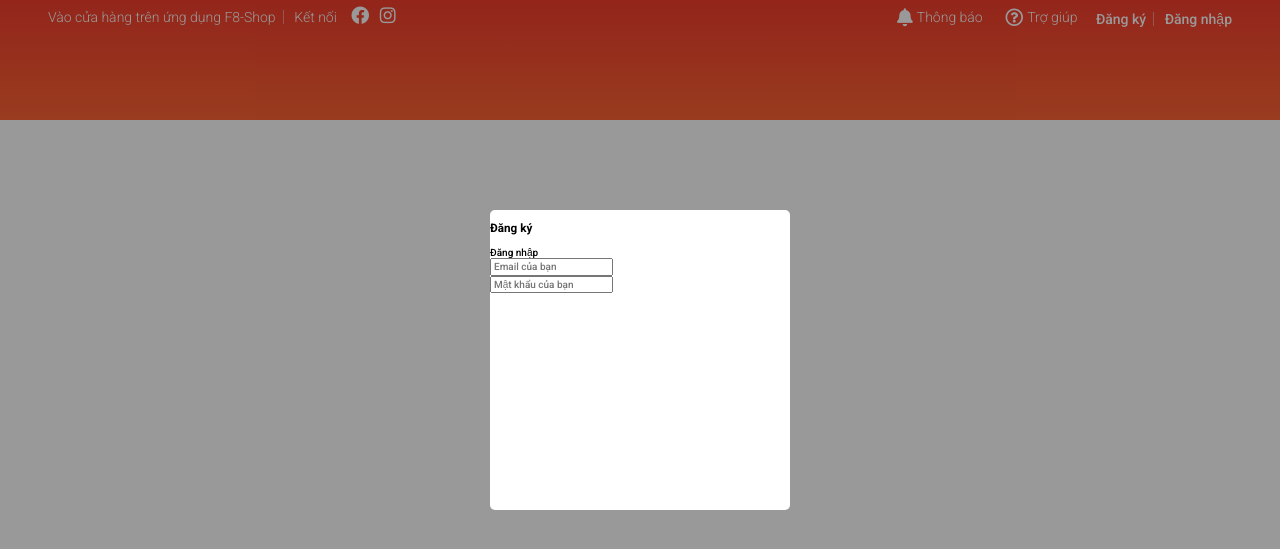
Repository: vanhaibdh/web-demo-site
Page: index.html
The author's editor kept a copy of each file at every save. The page is drawn from the files as they stood at one save, then again after the next save.
The browser window is 1280 px wide. The pictures show the whole page.

Above is the page before, as saved 2021-09-13 23:56:59.

### index.html
<!DOCTYPE html>
<html lang="en">
<head>
    <meta charset="UTF-8">
    <meta http-equiv="X-UA-Compatible" content="IE=edge">
    <meta name="viewport" content="width=device-width, initial-scale=1.0">
    <title>Web-base</title>
    <link rel="stylesheet" href="./assets/css/reset.css">
    <link rel="stylesheet" href="./assets/css/base.css">
    <link rel="stylesheet" href="./assets/css/main.css">
    <link href="./assets/fonts/fontawesome/css/all.min.css" rel="stylesheet">
    <link rel="preconnect" href="https://fonts.googleapis.com">
<link rel="preconnect" href="https://fonts.gstatic.com" crossorigin>
<link href="https://fonts.googleapis.com/css2?family=Roboto:wght@100;300;500;700&display=swap" rel="stylesheet">

</head>
<body>
    <div class="app">
        <div class="header">
            <div class="grid">
                <nav class="header__navbar">
                    <ul class="header__navbar-list">
                        <li class="header__navbar-item
                         header__navbar-item-has-qr
                         header__navbar-item--separate">Vào cửa hàng trên ứng dụng F8-Shop
                            <div class="header__qr">
                                <img src="./assets/img/qrcode.png" alt="qr-code" class="header__qr-img">
                                <div class="header__qr-apps">
                                    <a href="" class="header__qr-link">
                                        <img src="./assets/img/appstore.png" alt="App Store" class="header__qr-download-img">
                                    </a>
                                    <a href="" class="header__qr-link">
                                        <img src="./assets/img/google.png" alt="Google Play" class="header__qr-download-img">
                                    </a>
                                </div>
                            </div>
                        </li>
                        <li class="header__navbar-item"><span class="header__navbar-item--no-pointer">Kết nối</span></li>
                        <a href="" class="header__navbar-icon-link"><i class="header__navbar-icon fab fa-facebook"></i></a>
                        <a href="" class="header__navbar-icon-link"><i class="header__navbar-icon fab fa-instagram"></i></a>
                    </ul>
                    <ul class="header__navbar-list">
                        <li class="header__navbar-item header__navbar-item--has-notify">
                            <a href="" class="header__navbar-item-link "><i class="header__navbar-icon fas fa-bell"></i>Thông báo</a>
                            <div class="header__notify">
                                 <header class="header__notify-header">
                                     <h3>Thông báo mới nhận</h3>
                                 </header>
                                 <ul class="header__notify-list">
                                     <li class="header__notify-item">
                                         <a href="" class="header__notify-link">
                                             <img src="./assets/img/maypham1.jpg" alt="My Pham 1" class="header__notify-img">
                                             <div class="header__notify-info">
                                                 <span class="header__notify-name">Mỹ phẩm Ohui chính hãng </span>
                                                 <span class="header__notify-description">Mô tả Mỹ phẩm Ohui chính hãng</span>
                                             </div>
                                         </a>
                                     </li>
                                     <li class="header__notify-item">
                                        <a href="" class="header__notify-link">
                                            <img src="./assets/img/maypham2.jpg" alt="My Pham 2" class="header__notify-img">
                                            <div class="header__notify-info">
                                                <span class="header__notify-name">Mỹ phẩm Ohui chính hãng </span>
                                                <span class="header__notify-description">Mô tả Mỹ phẩm Ohui chính hãng</span>
                                            </div>
                                        </a>
                                    </li>
                                    <li class="header__notify-item header__notify-item--viewed">
                                        <a href="" class="header__notify-link">
                                            <img src="./assets/img/maypham3.jpg" alt="My Pham 3" class="header__notify-img">
                                            <div class="header__notify-info">
                                                <span class="header__notify-name">Mỹ phẩm Ohui chính hãng </span>
                                                <span class="header__notify-description">Mô tả Mỹ phẩm Ohui chính hãng</span>
                                            </div>
                                        </a>
                                    </li>
                                    <li class="header__notify-item">
                                        <a href="" class="header__notify-link">
                                            <img src="./assets/img/maypham4.jpg" alt="My Pham 4" class="header__notify-img">
                                            <div class="header__notify-info">
                                                <span class="header__notify-name">Mỹ phẩm Ohui chính hãng </span>
                                                <span class="header__notify-description">Lorem, ipsum dolor sit amet consectetur adipisicing elit. Accusamus laudantium consectetur quidem, ut quos expedita ea, dolorem, officiis quia molestias iusto alias dolorum cum totam omnis laborum tenetur temporibus ipsa!</span>
                                            </div>
                                        </a>
                                    </li>
                                    <li class="header__notify-item">
                                        <a href="" class="header__notify-link">
                                            <img src="./assets/img/maypham5.jpg" alt="My Pham 5" class="header__notify-img">
                                            <div class="header__notify-info">
                                                <span class="header__notify-name">Mỹ phẩm Ohui chính hãng </span>
                                                <span class="header__notify-description">Mô tả Mỹ phẩm Ohui chính hãng</span>
                                            </div>
                                        </a>
                                    </li>
                                 </ul>
                                 <footer class="header__notify-footer">
                                     <a href="" class="header__notify-footer-btn">Xem tất cả</a>
                                 </footer>
                            </div>
                        </li>
                        <li class="header__navbar-item">
                            <a href="" class="header__navbar-item-link"><i class="header__navbar-icon far fa-question-circle"></i>Trợ giúp</a>
                        </li>
                        <li class="header__navbar-item header__navbar-item--strong header__navbar-item--separate">Đăng ký</li>
                        <li class="header__navbar-item header__navbar-item--strong">Đăng nhập</li>
                    </ul>
                </nav>
            </div>
        </div>

        <div class="container">

        </div>

        <div class="footer">

        </div>
        <!-- modal layout -->
        <div class="modal">
            <div class="modal__overlay"></div>
            <div class="modal__body">
                <div class="modal__inner">
                    <!-- form authentication -->
                    <div class="auth-form">
                        <div class="auth-form__header">
                            <h3 class="auth-form__heading">Đăng ký</h3>
                            <span class="auth-form__switch-btn">Đăng nhập</span>
                        </div>

                        <div class="auth-form__form">
                            <div class="auth-form__group">
                                <input type="text" class="auth-form__input" placeholder="Email của bạn">
                            </div>
                            <div class="auth-form__group">
                                <input type="password" class="auth-form__input" placeholder="Mật khẩu của bạn">
                            </div>
                        </div>
                    </div>
                </div>
            </div>
        </div>
    </div>
</body>
</html>

### assets/css/base.css
:root {
    --primary-color : rgb(238, 75, 43);
    /* --primary-color-rgba : rgba(238, 75, 43, .7); */
    --white-color : #fff;
    --black-color : #000;
    --text-color : #333;
}

*{
    box-sizing: inherit;
}

html {
    /* hack css */
    font-size: 62.5%;
    line-height: 1.6 rem;
    font-family: 'Roboto', sans-serif;
    box-sizing: border-box;
}

.grid {
    width: 1200px;
    max-width: 100%;
    margin: 0 auto;
}

.grid__full-width {
    width: 100%;
}

.grid__row {
    display: flex;
    flex-wrap: wrap;
}

/* Animation */

@keyframes fadeIn{
    from {
        opacity: 0;
    }
    to {
        opacity: 1;
    }
}

/* modal CSS */
.modal {
    position: fixed;
    top:0;
    right: 0;
    bottom: 0;
    left: 0;
    display: flex;
}
.modal__overlay {
    position: absolute;
    width: 100%;
    height: 100%;
    background-color: rgba(0, 0, 0, 0.4);
    z-index: 2;
}

.modal__body {
    width: 300px;
    height: 300px;
    background-color: var(--white-color);
    margin: auto;
    position: relative;
    z-index: 3;
    border-radius: 5px;
}

### assets/css/main.css
.header {
    height: 120px;
    background-image: linear-gradient(0, #fe6433, #f53e2d);
}

.header__navbar {
    display: flex;
    justify-content: space-between;
}
.header__navbar-list {
    list-style: none;
    padding-left: 0;
    margin-top: 4px;
}

.header__navbar-item {
    position: relative;
    margin: 0 8px;
    min-height: 2.6rem;
}

.header__navbar-item,
.header__navbar-item-link {
    display: inline-block;
    font-size: 1.4rem;
    color: var(--white-color);
    text-decoration: none;
    font-weight: 300;
}

.header__navbar-item,
.header__navbar-item-link,
.header__navbar-icon {
    display: inline-flex;
    align-items: center;
}

.header__navbar-item:hover,
.header__navbar-icon-link:hover,
.header__navbar-item-link:hover {
    cursor: pointer;
    color: rgba(255, 255, 255, 0.7);
}

.header__navbar-item--strong {
    font-weight: 400;
}

.header__navbar-item--separate::after {
    content: "";
    display: block;
    position: absolute;
    border-left: 1px solid #fb9086;
    height: 14px;
    right: -8px;
    top: 50%;
    transform: translateY(-50%);
}

.header__navbar-icon-link {
    color: var(--white-color);
    text-decoration: none;
}

.header__navbar-icon {
    font-size: 1.8rem;
    margin : 0 4px;
}

.header__navbar-item--no-pointer {
    cursor: default ;
    color: var(--white-color);
}

/* header QR code */
.header__qr {
    background-color: var(--white-color);
    width: 186px;
    position: absolute;
    left: 0;
    top: 118%;
    padding: 8px;
    border-radius: 2px;
    display: none;
    animation: fadeIn ease 0.5s;
}

.header__qr::before {
    content: "";
    position: absolute;
    left: 0;
    top: -18px;
    width: 100%;
    height: 20px;
    display: block;

}

.header__qr-img {
    width: 100%;
}

.header__qr-apps {
    display: flex;
    justify-content: space-between;
}

.header__qr-link:first-child {
    margin-left: 11px;
}

.header__qr-link:last-child {
    margin-right: 11px;
}
.header__qr-download-img {
    height: 14px;
}

.header__navbar-item-has-qr:hover .header__qr {
    display: block;
}

.header__navbar-item--has-notify:hover .header__notify {
    display: block;
}
/* header notification */
.header__notify {
    position: absolute;
    margin-top: 6px;
    width: 404px;
    top: 100%;
    right: 0;
    background-color: var(--white-color);
    border: 1px solid #d3d3d3;
    animation: headerNotifyGrowth ease-in 0.25s ;
    transform-origin: calc(100% - 20px) top;
    will-change: opacity , transform;
    display: none;
}

@keyframes headerNotifyGrowth {
    from{
        opacity: 0;
        transform: scale(0);
    }
    to {
        opacity: 1;
        transform: scale(1);
    }
}

.header__notify::before{
    content: "";
    border-style: solid;
    border-width: 20px 26px;
    border-color: transparent transparent var(--white-color) transparent;
    position: absolute;
    right: 10px;
    top: -30px
}

.header__notify::after {
    content: "";
    display: block;
    position: absolute;
    right: 0;
    top: -26px;
    width: 90px;
    height: 40px;
    background: transparent;
}

.header__notify-header {
    height: 40px;
    background-color: var(--white-color);
}

.header__notify-header h3 {
    color: #999;
    margin: 0;
    font-weight: 400;
    font-size: 1.4rem;
    line-height: 40px;
    margin: 0 0 0 12px;
    cursor: text;
    user-select: none;
}

.header__notify-list {
    padding-left: 0;
    display: flex;
    flex-wrap: wrap;
}

.header__notify-item {
    display: flex;
    width: 100%;
}

.header__notify-item:hover {
    background-color: #f7f7f7;
}
.header__notify-item--viewed {
    background-color: rgba(238, 75, 43, .09);
}

.header__notify-link {
    display: flex;
    width: 100%;
    padding: 12px;
    text-decoration: none;

}

.header__notify-img {
    width: 48px;
    object-fit: contain;
}

.header__notify-info {
    margin-left: 12px;
    /* display: flex;
    flex-direction: column;
    justify-content: space-between; */
}

.header__notify-name {
    display: block;
    font-size: 1.4rem;
    color: var(--text-color);
    font-weight: 400;
    align-self: start;
    line-height: 1.8rem;
}

.header__notify-description {
    display: block;
    font-size: 1.2rem;
    line-height: 1.6rem;
    color: #756f6e;
    align-self: flex-end;
    margin-top: 4px;
}

.header__notify-footer {
    display: flex;
}

.header__notify-footer-btn {
    text-decoration: none;
    color: var(--text-color);
    font-size: 1.4rem;
    font-weight: 400;
    padding: 4px 0px;
    width: 100%;
    text-align: center;
}

Loaded but not shown: assets/css/reset.css (common file); assets/fonts/fontawesome/css/all.min.css (library)

After the next save:
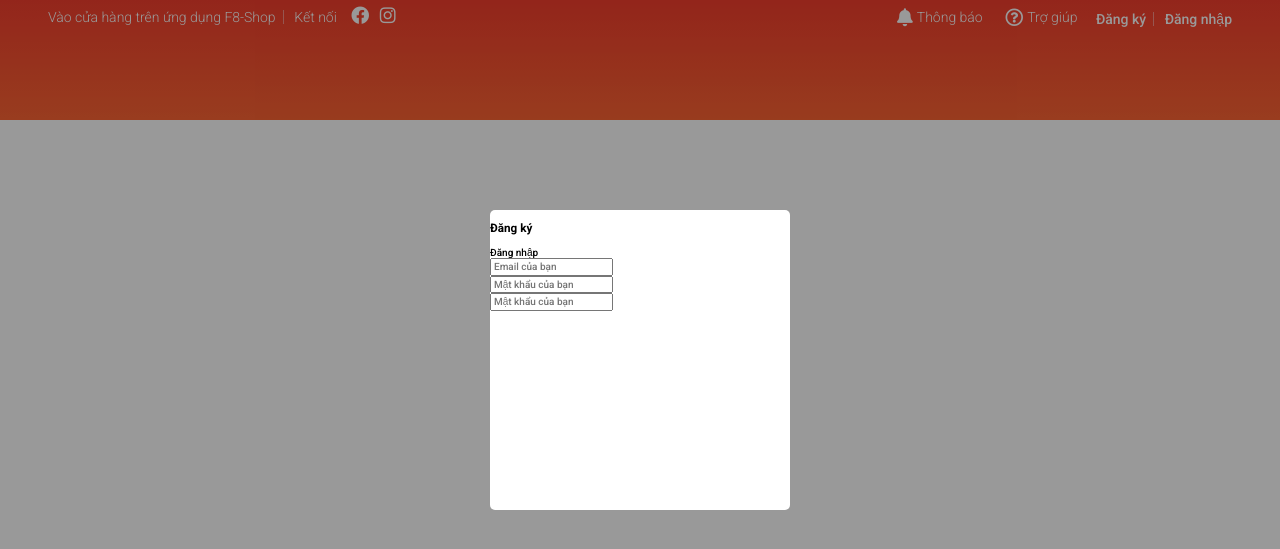
Saved 35 s later.
--- a/index.html
+++ b/index.html
@@ -134,6 +134,9 @@
                             <div class="auth-form__group">
                                 <input type="password" class="auth-form__input" placeholder="Mật khẩu của bạn">
                             </div>
+                            <div class="auth-form__group">
+                                <input type="password" class="auth-form__input" placeholder="Mật khẩu của bạn">
+                            </div>
                         </div>
                     </div>
                 </div>
